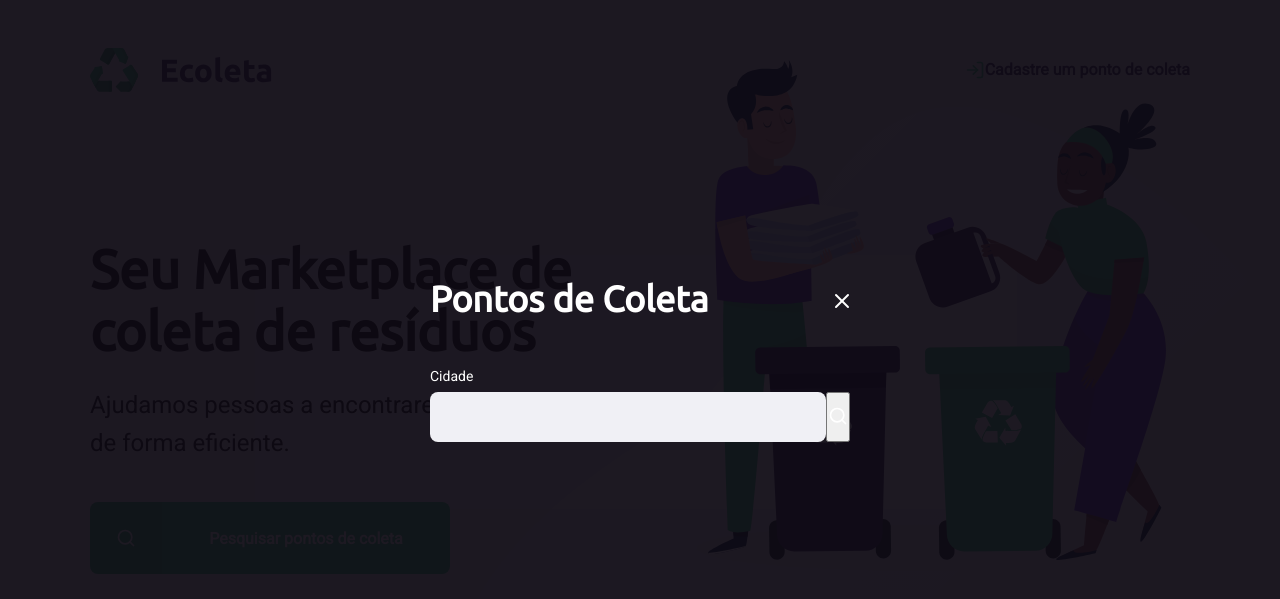
Repository: ivobass/NextLevelWeek
Page: index.html
An editor plug-in stored every save of this project. The page is shown before and after the next save, followed by the edit.
The browser window is 1280 px wide. The pictures show the whole page.

Above is the page before, as saved 2020-06-03 22:56:29.

### index.html
<!DOCTYPE html>
<html lang="pt-pt">

<head>
    <meta charset="UTF-8">
    <!--aceita caracteres especiais-->
    <meta name="viewport" content="width=device-width, initial-scale=1.0">
    <title>Ecoleta</title>

    <link href="https://fonts.googleapis.com/css2?family=Roboto&family=Ubuntu:wght:wght@300;700&display=swap" rel="stylesheet">
    <link rel="stylesheet" href="/styles/main.css">
    <link rel="stylesheet" href="/styles/home.css">
    <link rel="stylesheet" href="/styles/modal.css">

    <link rel="stylesheet" href="/styles/responsive.css">

</head>

<body>

    <div id="page-home">

        <div class="content red">

            <header>
                <img src="/assets/logo.svg " alt="logomarca">
                <a href=""><span></span>Cadastre um ponto de coleta </a>

            </header>

            <main>

                <h1>Seu Marketplace de coleta de resíduos
                </h1>
                <p>Ajudamos pessoas a encontrarem pontos de coleta de forma eficiente.</p>

                <a href=""><span></span><strong>Pesquisar pontos de coleta</strong></a>
            </main>
        </div>
    </div>

    <div id="modal">
        <div class="content">
            <div class="header">
                <h1>Pontos de Coleta</h1>
                <a href="">Fechar</a>
            </div>
            <form action="">
                <label for="search">Cidade</label>
                <div class="search field">
                    <input type="text" name="search">
                    <button>
                        <img src="/assets/search.svg" alt="Buscar">
                    </button>
                </div>
            </form>
        </div>
    </div>


</body>

</html>

### styles/main.css
:root {
    --title-color: #322153;
    --primary-color: #34cb79;
}

* {
    margin: 0;
    padding: 0;
    box-sizing: border-box;
}

html {
    font-family: Roboto, sans-serif;
}

body {
    background-color: #f0f0f5;
    -webkit-font-smoothing: antialiased;
}

a {
    text-decoration: none;
}

h1,
h2,
h3,
h4,
h5,
h6 {
    --title-color: #322153;
    font-family: 'Ubuntu', sans-serif;
}


/* BOX MODEL
modelo de caixas
        toda caixa tem:
        largura, altura, espaçamento, prenchimento,
        bordas, cor, fundo, maneira como é vista por html (display)
posicionamento, alinhamentos.
        */

### styles/home.css
#page-home {
    background: url('../assets/home-background.svg') no-repeat;
    height: 100vh;
    background-position: 35vw bottom;
}

#page-home .content {
    width: 90%;
    max-width: 1100px;
    height: 100%;
    margin: 0 auto;
    display: flex;
    flex-direction: column;
}

#page-home header {
    margin-top: 48px;
    display: flex;
    align-items: center;
    justify-content: space-between;
}

#page-home header a {
    display: flex;
    color: var( --title-color);
    font-weight: 700;
}

#page-home header a span {
    margin-left: 16px;
    display: flex;
    background-image: url('/assets/log-in.svg');
    width: 20px;
    height: 20px;
}

#page-home main {
    max-width: 560px;
    flex: 1;
    display: flex;
    flex-direction: column;
    justify-content: center;
}

#page-home main h1 {
    font-size: 54px;
}

#page-home main p {
    font-size: 24px;
    line-height: 38px;
    margin-top: 24px;
}

#page-home main a {
    width: 100%;
    max-width: 360px;
    height: 72px;
    border-radius: 8px;
    display: flex;
    align-items: center;
    margin-top: 40px;
    background-color: var(--primary-color);
    transition: 400ms;
}

#page-home main a:hover {
    background-color: #2fb86e;
}

#page-home main span {
    width: 72px;
    height: 72px;
    border-top-left-radius: 8px;
    border-bottom-left-radius: 8px;
    background-color: rgba(0, 0, 0, 0.08);
    display: flex;
    align-items: center;
    justify-content: center;
}

#page-home main span::after {
    content: "";
    background-image: url('../assets/search.svg');
    width: 20px;
    height: 20px;
}

#page-home main a strong {
    flex: 1;
    color: white;
    text-align: center;
}

### styles/modal.css
#modal {
    background-color: #0e0a14ef;
    height: 100vh;
    width: 100vw;
    position: fixed;
    top: 0;
    display: flex;
    justify-content: center;
    align-items: center;
    transition: 400ms;
}

#modal .content {
    color: white;
    width: 420px;
}

#modal .header {
    display: flex;
    align-items: center;
    justify-content: space-between;
    margin-bottom: 48px;
}

#modal .header a {
    background-image: url("/assets/x.svg");
    width: 20px;
    height: 20px;
    font-size: 0.01px;
}

#modal .header h1 {
    color: white;
    font-size: 36px;
    line-height: 42px;
}

#modal form label {
    font-size: 14px;
    line-height: 16px;
    display: block;
    margin-bottom: 8px;
}

#modal form .field {
    display: flex;
}

#modal form input {
    flex: 1;
    background-color: #f0f0f5;
    border-radius: 8px;
    border: 0;
    padding: 16px 24px;
    font-size: 16px;
    color: #6c6c80;
}

### styles/responsive.css
@media(max-width: 900px) {
    #page-home {
        background-position-x: 70vw;
    }
    #page-home .content {
        align-items: center;
        text-align: center;
    }
    #page-home header a {
        position: absolute;
        bottom: 48px;
        left: 50%;
        transform: translateX(-50%);
    }
    #page-home main {
        align-items: center;
    }
}

@media(min-width: 1700px) {
    #page-home {
        background-position-x: 40vw;
    }
}

@media(max-heigth: 760px) {
    #page-home {
        background-position-y: 1000px;
    }
}

After the next save:
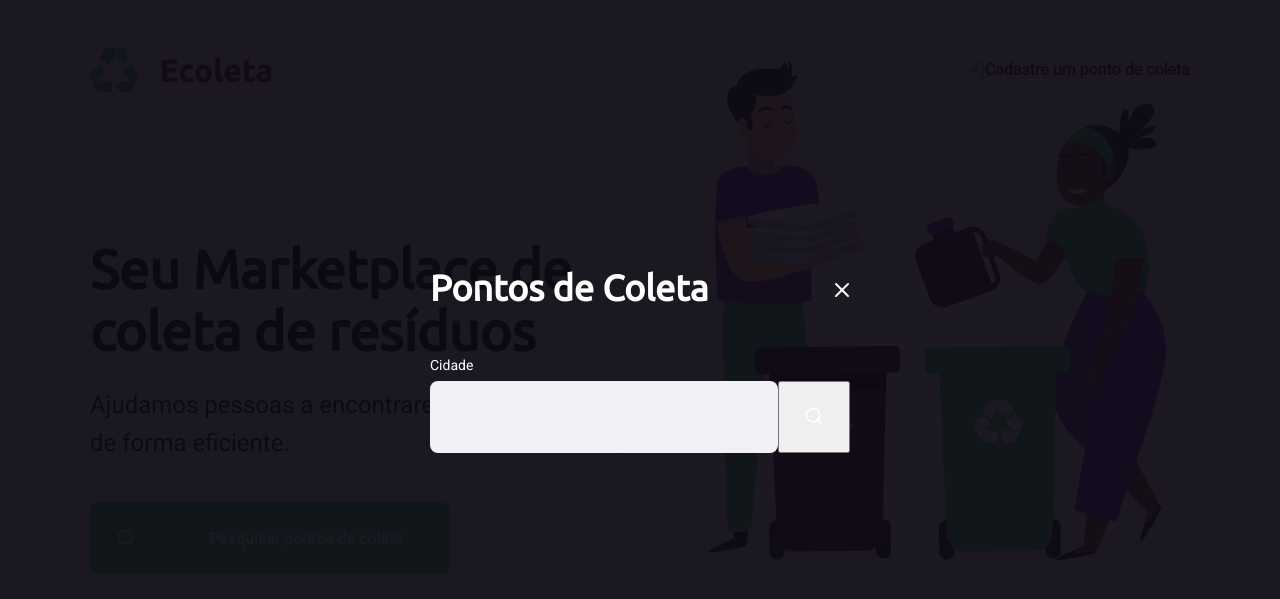
Saved 27 s later.
--- a/styles/modal.css
+++ b/styles/modal.css
@@ -55,3 +55,8 @@
     font-size: 16px;
     color: #6c6c80;
 }
+
+#modal form button {
+    width: 72px;
+    height: 72px;
+}
